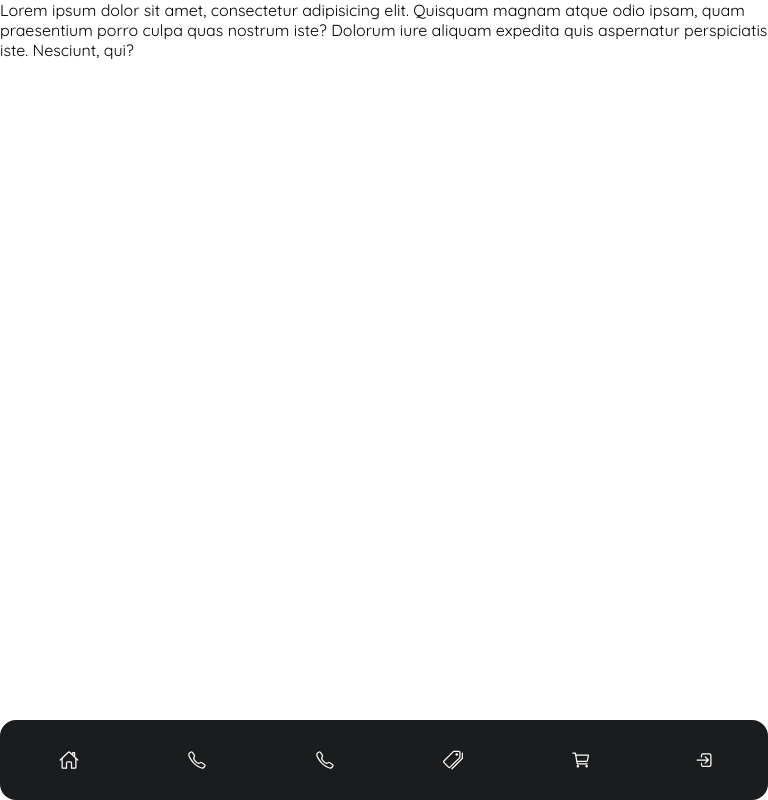
Repository: Fuocmanh/demo
Page: site/nav.html
An editor plug-in stored every save of this project. The page is shown before and after the next save, followed by the edit.
The browser window is 768 px wide. The pictures show the whole page.
The pointer rests on the first visible `.sidebar`.

Above is the page before, as saved 2022-12-30 13:28:50.

### site/nav.html
<!DOCTYPE html>
<html lang="en">

<head>
    <meta charset="UTF-8">
    <meta name="viewport" content="width=device-width, initial-scale=1" />
    <link rel="stylesheet" href="../css/style.css">
    <script type="module" src="https://unpkg.com/ionicons@5.5.2/dist/ionicons/ionicons.esm.js"></script>
    <script nomodule src="https://unpkg.com/ionicons@5.5.2/dist/ionicons/ionicons.js"></script>
</head>

<body >
    <section id="sidebar">
        <div class="sidebar">
            <a href="#" class="logo">
                <img src="https://i.pinimg.com/550x/dd/6d/22/dd6d2277032c5f365dd3149d45b3a820.jpg" alt="" class="logo-image" />
            </a>
            <nav>
                <ul class="menu">
                    <li class="menu-item">
                        <a href="#" class="menu-link">
                            <ion-icon name="home-outline"></ion-icon>
                            <span>Trang chủ</span>
                        </a>
                    </li>
                    <li class="menu-item">
                        <a href="#" class="menu-link">
                            <ion-icon name="call-outline"></ion-icon>
                            <span>Liên hệ</span>
                        </a>
                    </li>
                    <li class="menu-item">
                        <a href="#" class="menu-link">
                            <ion-icon name="call-outline"></ion-icon>
                            <span>Giới thiệu</span>

                        </a>
                    </li>
                    <li class="menu-item">
                        <a href="#" class="menu-link">
                            <ion-icon name="pricetags-outline"></ion-icon>
                            <span>Sản phẩm</span>
                        </a>
                    </li>
                    <li class="menu-item">
                        <a href="#" class="menu-link">
                            <ion-icon name="cart-outline"></ion-icon>
                            <span>Giỏ hàng</span>
                        </a>
                    </li>
                    <li class="menu-item" style="margin: -5px;">
                        <a href="#" class="menu-link">
                            <ion-icon name="log-in-outline"></ion-icon>
                            <span>Đăng xuất</span>
                        </a>
                    </li>
                </ul>
            </nav>

            <!-- <div class="">
                <a href="#!"><ion-icon name="log-in-outline"></ion-icon></a>
            </div> -->
        </div>
    </section>
    <section>
        <p>Lorem ipsum dolor sit amet, consectetur adipisicing elit. Quisquam magnam atque odio ipsam, quam praesentium porro culpa quas nostrum iste? Dolorum iure aliquam expedita quis aspernatur perspiciatis iste. Nesciunt, qui?</p>
    </section>
    <script src="../js/style.js"></script>
</body>

</html>

### css/style.css
@import url('https://fonts.googleapis.com/css2?family=Quicksand:wght@300;400;500;600;700&display=swap');

html {
    font-family: 'Quicksand', sans-serif;
}

* {
    /* font-size: 18px; */
    width: 100%;
    margin: 0px;
    padding: 0px;
    box-sizing: border-box;
}

body {
    width: 100%;
    display: flex;
    gap: 5px;
}

#sidebar {
    height: 100%;
    width: max-content;
    /* background-color: aqua; */
    margin-left: 5px;
    margin-top: 5%;
}

.sidebar {
    background-color: #1A1C1E;
    width: 80px;
    height: 100%;
    padding: 40px 5px;
    border-radius: 16px;
    transition: 0.5s;
    /* transform: translate(0px,20%);    */

}



ion-icon {
    font-size: 30px;
    color: #FFFFFF;
}

.sidebar:not(:hover) .logo-image {
    transform: translate(-16px, -7px);
}

.logo {
    width: 100%;
    height: 50px;
}

.logo-image {
    transform: translateY(-8px);
    margin: 0 40%;
    width: 50px;
    height: 50px;
    border-radius: 50%;
}

.sidebar:hover {
    width: 200px;
}

.sidebar:not(:hover) .menu-link span {
    display: none;
}

li {
    width: 100%;
    display: flex;
    align-items: center;
    justify-content: center;
    margin-bottom: 25px;
}

.menu-link {
    width: 100%;
    display: flex;
    color: #FFFFFF;
    list-style: none;
    text-decoration: none;
    padding: 10px;
    border-radius: 9% 91% 91% 9% / 52% 48% 52% 48%;
}

.menu-link:hover {
    border-radius: 9% 91% 91% 9% / 52% 48% 52% 48%;
    background-color: rgba(0, 0, 0, .5);
}

.menu-link span {
    transform: translate(-25px, 5px);
}

@media screen and (max-width:768px) {

    #sidebar {
        position: absolute;
        bottom: 0;
        margin: 0;
        height: max-content;
        width: 100%;
        /* background-color: #1A1C1E; */
    }

    .sidebar {
        display: flex;
        flex-direction: row;
        align-items: center;
        justify-content: center;
        background-color: #1A1C1E;
        width: 100%;
        height: 80px;
        /* padding: 0; */
    }

    .menu {
        display: flex;
        align-items: center !important;
        justify-content: center !important;
        flex-direction: row;
    }

    .sidebar:hover {
        width: 100%;
        /* height: max-content; */
    }

    .sidebar .menu-link span {
        display: none;
    }

    .sidebar:hover .logo-image {
        transform: translate(-16px, -7px);

    }

    .menu-link span,
    .logo-image {
        transform: translate(0px);
    }

    li {
        margin: 0;
    }

    .logo {
        display: none;
    }

    ion-icon {
        font-size: 20px;
    }
}

### js/style.js
var nav = document.getElementById('nav');
function hideShowNav(){
    display=nav.style.display ;
    display=='none'?nav.style.display ='block':nav.style.display ='none';
    // nav.style.opacity='1';
}
// function onchane(){
//     let width = document.getElementsByClassName('.box').style.width='50%';
// console.log(width);
// }

After the next save:
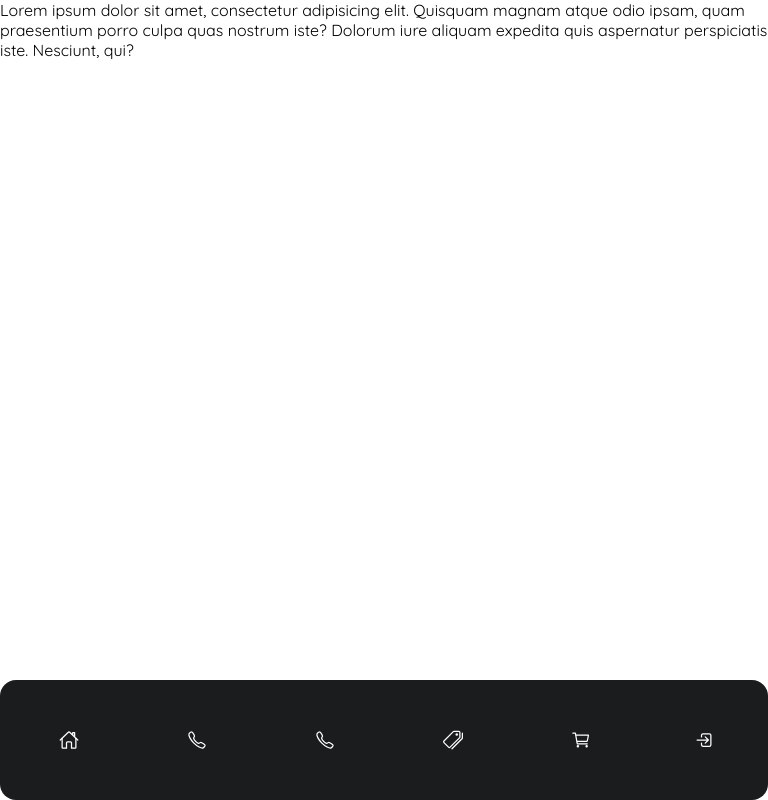
Saved 11 s later.
--- a/css/style.css
+++ b/css/style.css
@@ -127,7 +127,7 @@
 
     .sidebar:hover {
         width: 100%;
-        /* height: max-content; */
+        height: max-content;
     }
 
     .sidebar .menu-link span {

After the save that followed:
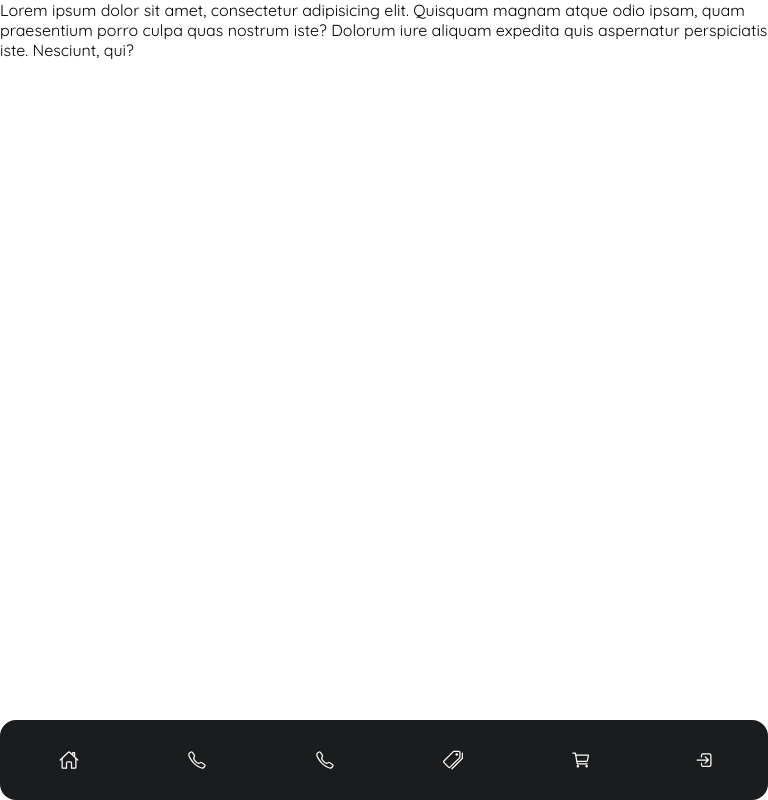
Saved 8 s later.
--- a/css/style.css
+++ b/css/style.css
@@ -127,7 +127,7 @@
 
     .sidebar:hover {
         width: 100%;
-        height: max-content;
+        height: 70px;
     }
 
     .sidebar .menu-link span {
